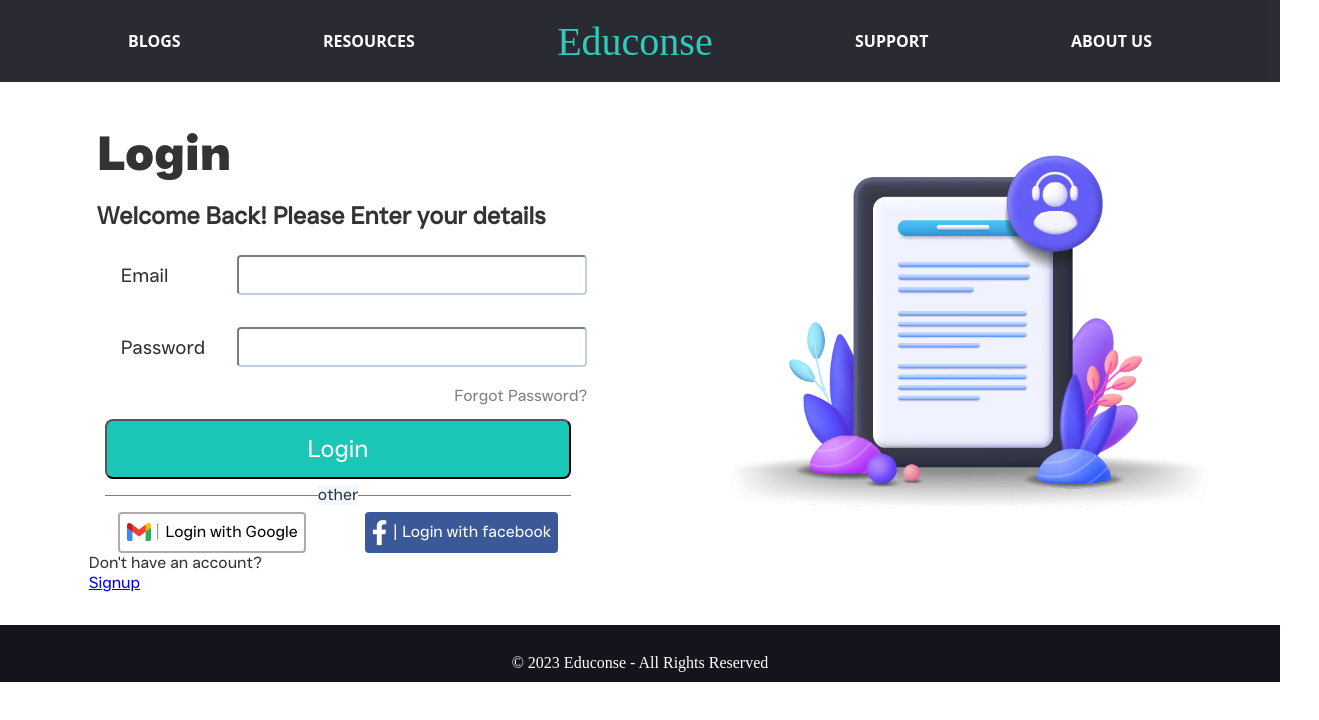
Repository: devajay07/educonse
Page: pages/login.html
These files come from the project's save history. The page is drawn as it stood at one moment and after a run of saves; the edit follows.
The browser window is 1280 px wide. The page is 1319 px wide, so the pictures cover 1319 px, including what lies to the right of the window. The pictures show the whole page.

Above is the page before, as saved 2023-10-15 03:40:16.

After the next 4 saves:
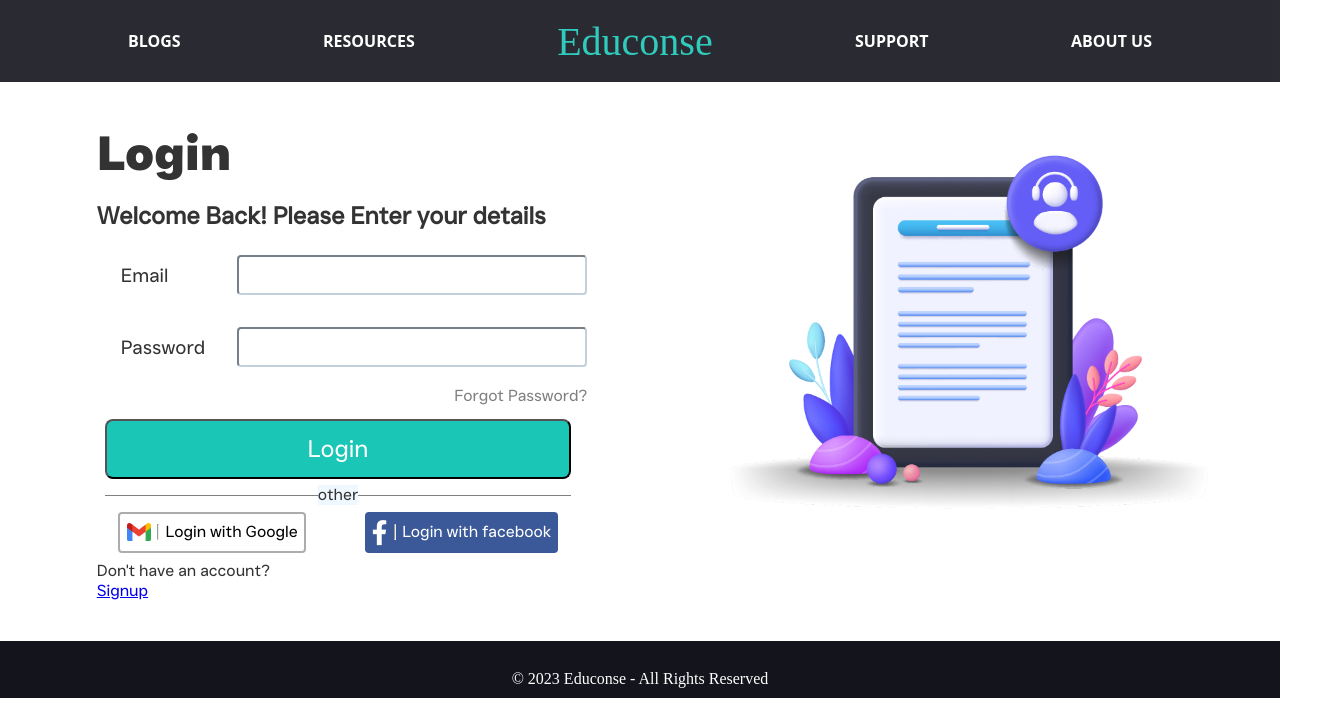
The 4 saves are shown as one change because they came seconds apart.
The last was saved 29 s later.
--- a/css/login.css
+++ b/css/login.css
@@ -159,6 +159,11 @@ input[type=password] {
   height: 16px;
 }
 
+.signup{
+  margin:0.5rem;
+}
+
+
 #login-img {
   width: 700px;
   height: 500px;
